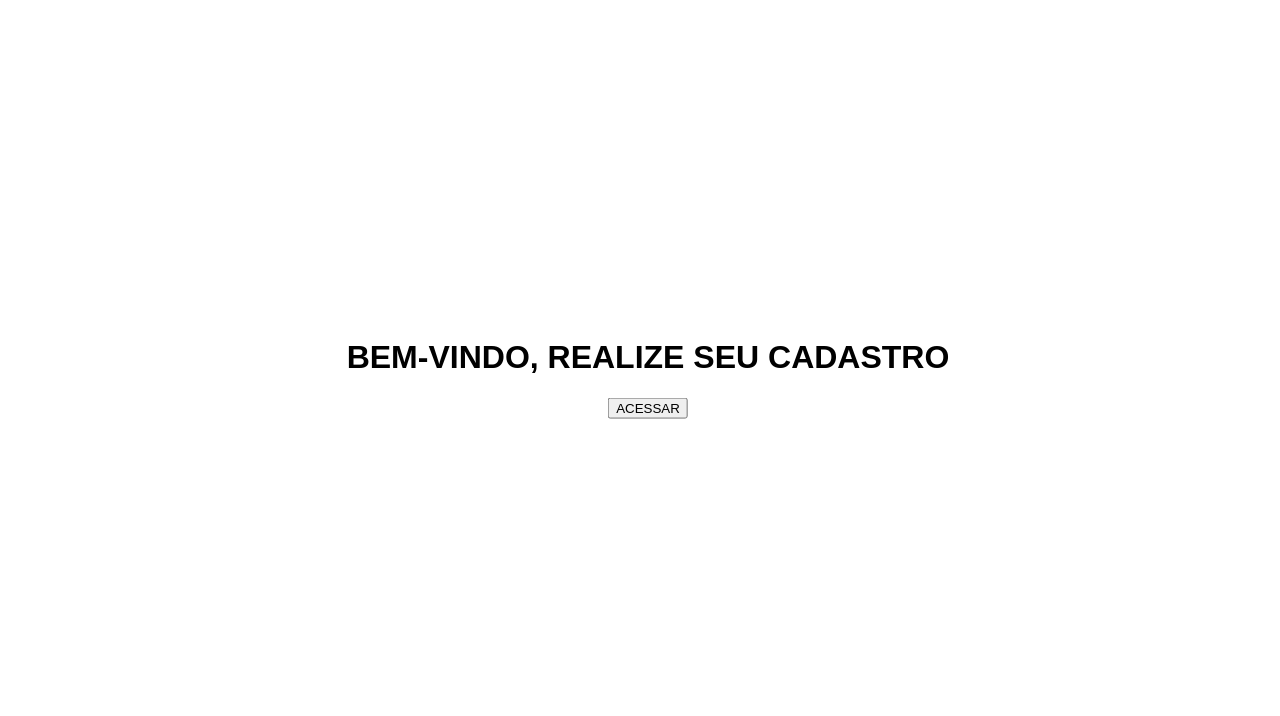
Repository: ohenriquesouza/HospitalCRUD-using-JavaEE
Page: JSP_test/src/main/webapp/index.html
The author's editor kept a copy of each file at every save. The page is drawn from the files as they stood at one save, then again after the next save.
The browser window is 1280 px wide. The pictures show the whole page.

Above is the page before, as saved 2022-12-26 19:58:26.

After the next save:
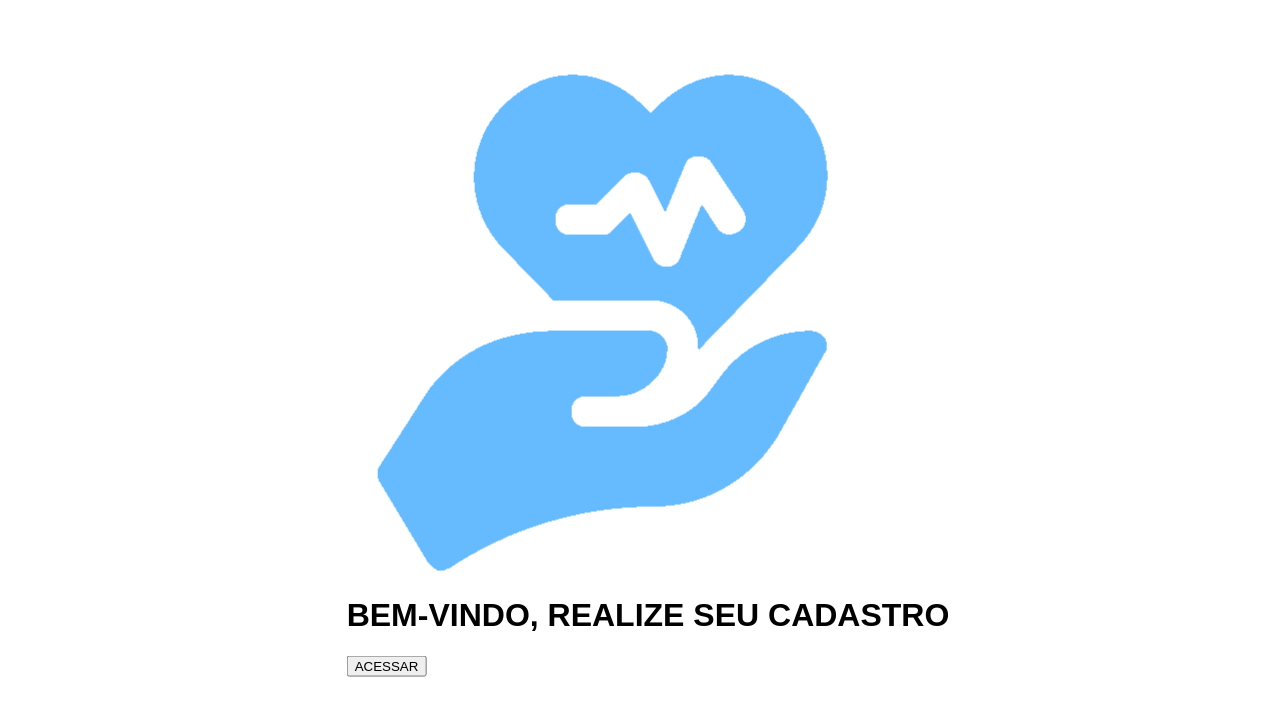
Saved 11 s later.
--- a/JSP_test/src/main/webapp/index.html
+++ b/JSP_test/src/main/webapp/index.html
@@ -19,7 +19,8 @@
     </style>
 </head>
     <body>
+    	<img src="imgs/saudeicon.png">
       	<h1>BEM-VINDO, REALIZE SEU CADASTRO</h1>
-      	<center><a href="cadastro.html"><button>ACESSAR</button></a></center>
+      	<a href="cadastro.html"><button>ACESSAR</button></a>
     </body>
 </html>
